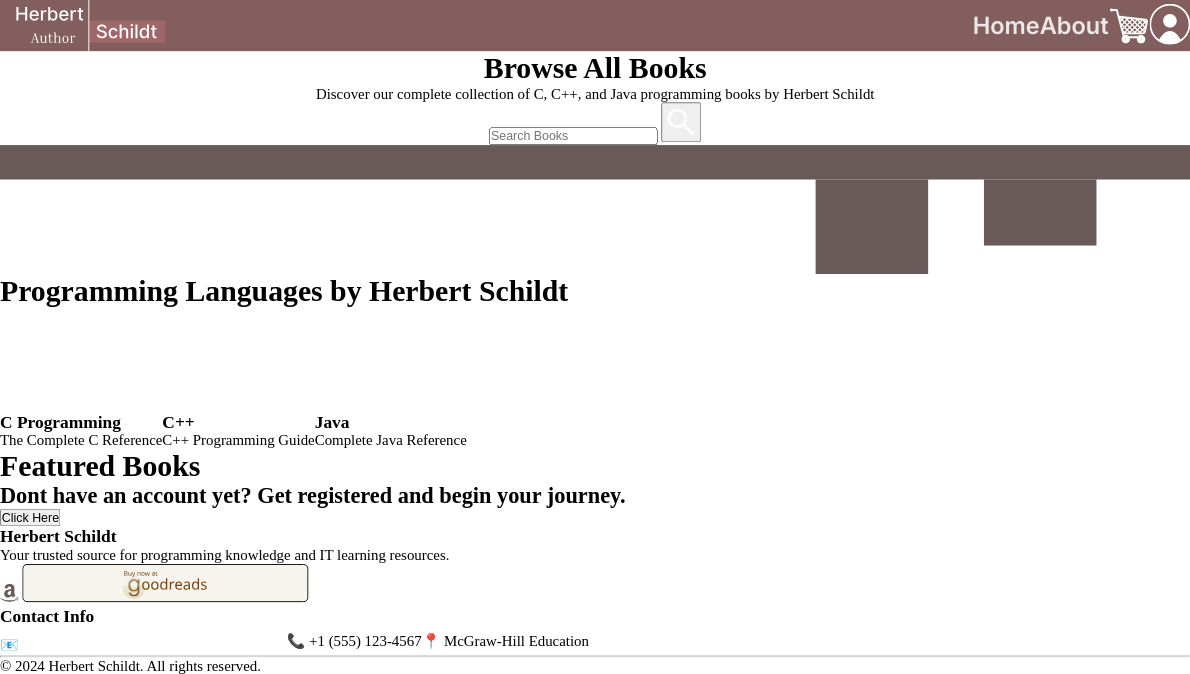
Repository: Darkrepo23/Author-Website-
Page: browse-book.html
An editor plug-in stored every save of this project. The page is shown before and after the next save, followed by the edit.
The browser window is 1280 px wide. The pictures show the whole page, at 93% of full size.
Pictures or frames that could not be fetched are drawn as grey boxes.

Above is the page before, as saved 2025-09-02 13:27:42.
Console error: SyntaxError: Unexpected end of input

After the next save:
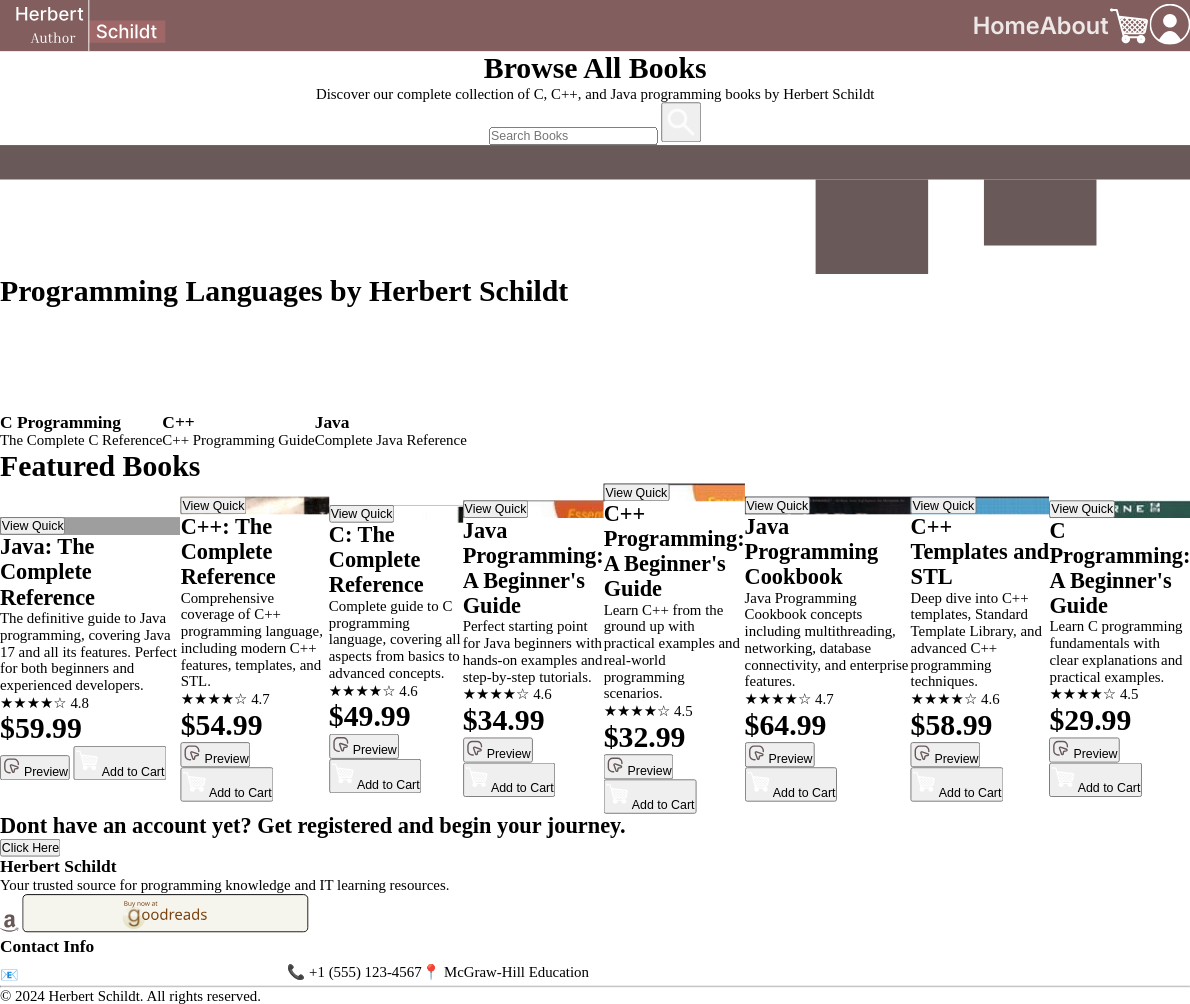
The error is gone.
Saved 8 s later.
--- a/browse-book.html
+++ b/browse-book.html
@@ -372,15 +372,7 @@
             }
 
             // Fetch books from JSON
-            fetch("all-books.json")
-                .then(response => response.json())
-                .then(data => {
-                    const booksList = document.getElementById("booksList");
-
-                    data.forEach(book => {
-                        const li = document.createElement("li");
-
-                         fetch("all-books.json")
+              fetch("all-books.json")
                 .then(response => response.json())
                 .then(data => {
                     const booksList = document.getElementById("booksList");
